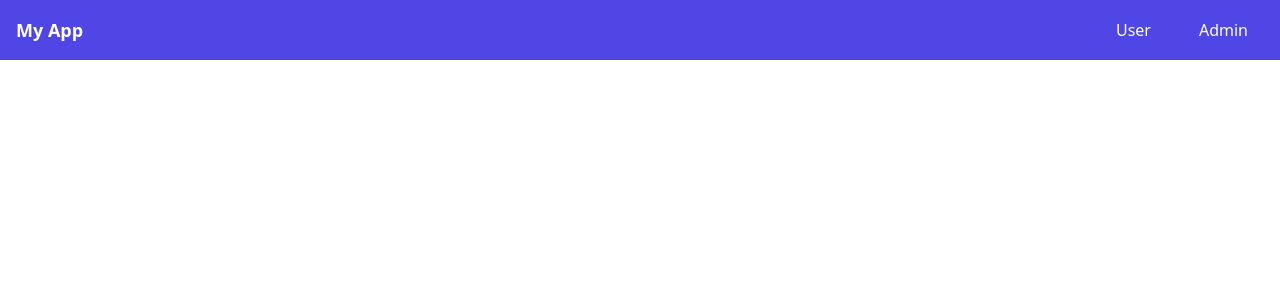
Repository: HackRx50/PS6-3k1P
Page: /analytics (app in frontend/)
An editor plug-in stored every save of this project. The page is shown before and after the next save, followed by the edit.
The browser window is 1280 px wide. The pictures show the whole page.
The page's requests for data from a server got no answer. The project was rebuilt for these pictures with package versions that can differ from the ones it lists, and the page was loaded fresh each time. No one was signed in, and anything a server would have sent is missing. Also part of the build but not shown: frontend/vite.config.js, frontend/src/pages/User.jsx, frontend/src/pages/Admin.jsx, frontend/src/App.jsx, frontend/src/pages/Quiz.jsx.

Above is the page before, as saved 2024-09-19 23:47:39.

After the next save:
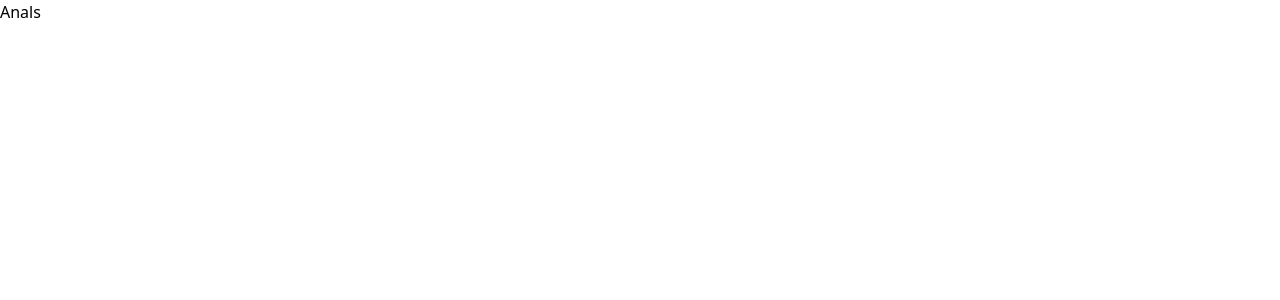
Saved 3 min 10 s later.
--- a/frontend/src/pages/Analytics.jsx
+++ b/frontend/src/pages/Analytics.jsx
@@ -4,7 +4,7 @@
 const Analytics = () => {
   return (
     <div>
-        <Navbar/>
+        Anals
     </div>
   )
 }

After the 3 saves that followed:
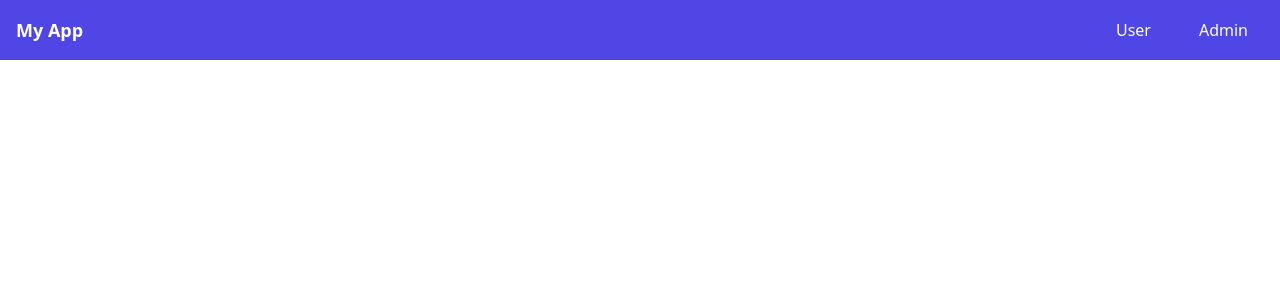
The 3 saves are shown as one change because 1 left the picture as it was and some came seconds apart.
The last was saved 100 s later.
--- a/frontend/src/pages/Analytics.jsx
+++ b/frontend/src/pages/Analytics.jsx
@@ -1,10 +1,17 @@
-import React from 'react'
+import React, { useEffect } from 'react'
 import Navbar from '../components/navbar'
 
 const Analytics = () => {
+  useEffect(() => {
+    fetch('http://127.0.0.1:8000/get_all_data')
+      .then(response => response.json())
+      .then(data => console.log(data))
+      .catch(error => console.error('Error fetching data:', error));
+  }, []);
+
   return (
     <div>
-        Anals
+        <Navbar/>
     </div>
   )
 }
